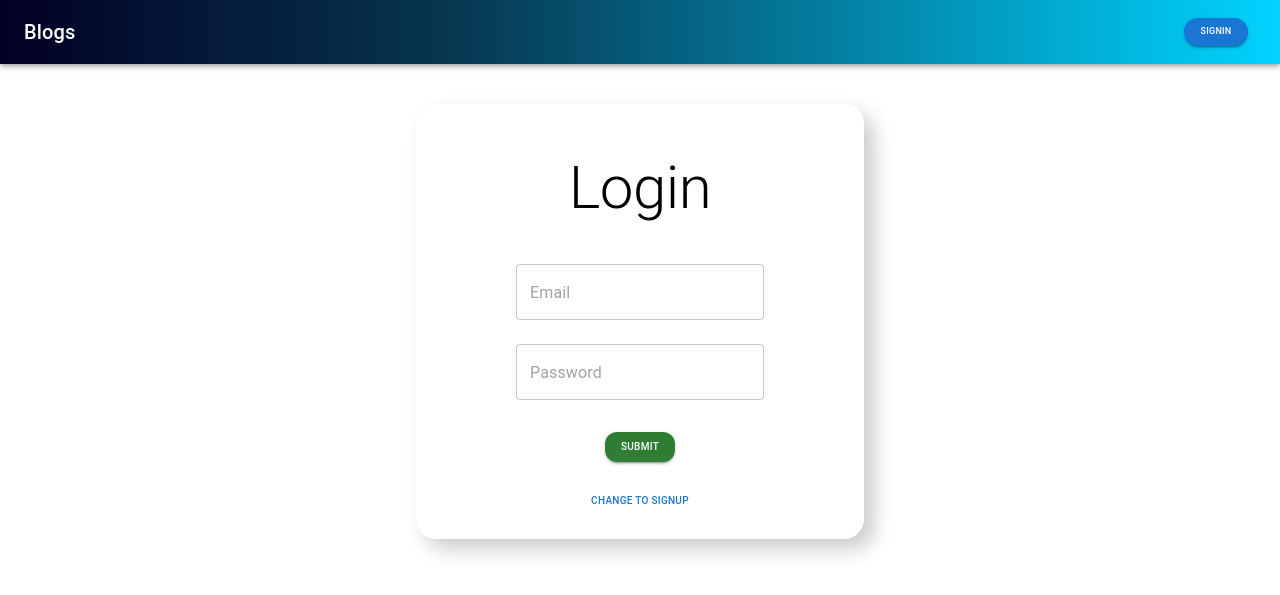
Repository: LolaSL/myBlogs
Page: /auth (app in frontend/)
The author's editor kept a copy of each file at every save. The page is drawn from the files as they stood at one save, then again after a run of saves.
The browser window is 1280 px wide. The pictures show the whole page.
The project was rebuilt for these pictures with package versions that can differ from the ones it lists, and the page was loaded fresh each time. Also part of the build but not shown: frontend/src/components/Guide.jsx, frontend/src/components/Ideas.jsx, frontend/src/components/Blog.jsx, frontend/src/components/Blogs.jsx, frontend/src/components/UserBlog.jsx, frontend/src/components/BlogDetails.jsx, frontend/src/components/AddBlog.jsx, frontend/src/pages/HotelTips.jsx and 8 more. Imported but missing from the stored project, and not drawn on this page: frontend/src/components/videos/video.webm.

Above is the page before, as saved 2023-09-17 14:39:36.

After the next 2 saves:
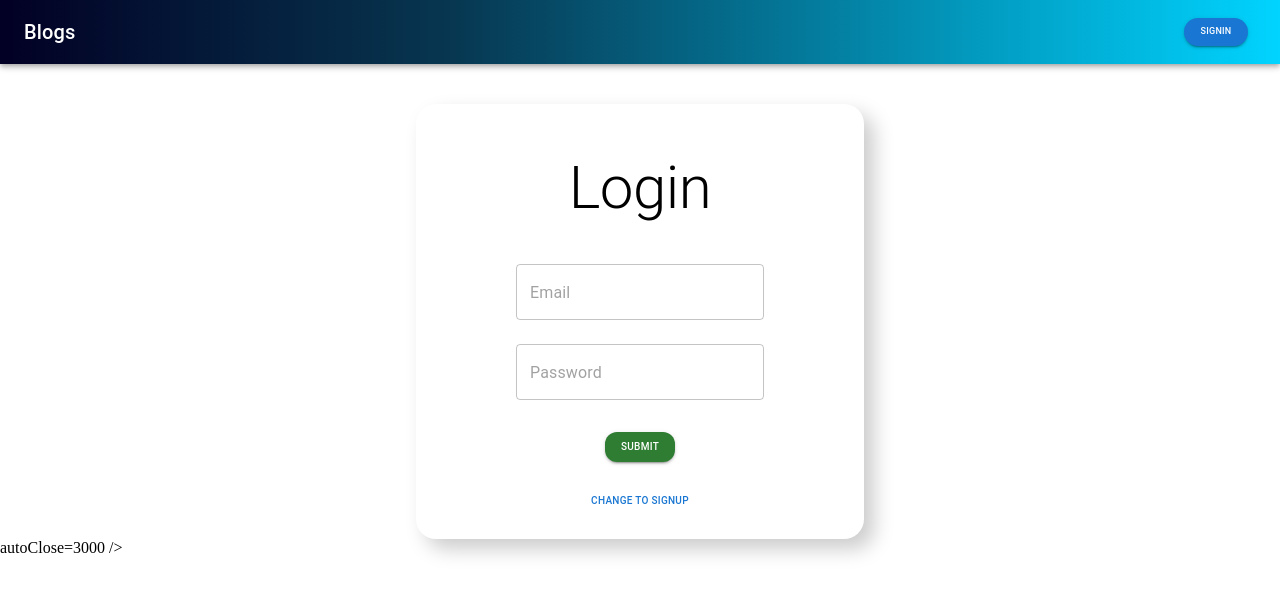
The 2 saves are shown as one change because they came seconds apart.
The last was saved 3 min 34 s later.
--- a/frontend/src/App.js
+++ b/frontend/src/App.js
@@ -57,7 +57,7 @@
           }
 
         </Routes>
-        <ToastContainer autoClose={3000} />
+        <ToastContainer position="bottom-center" limit={1} />autoClose={3000} />
       </main>
 
     </React.Fragment>

After the save that followed:
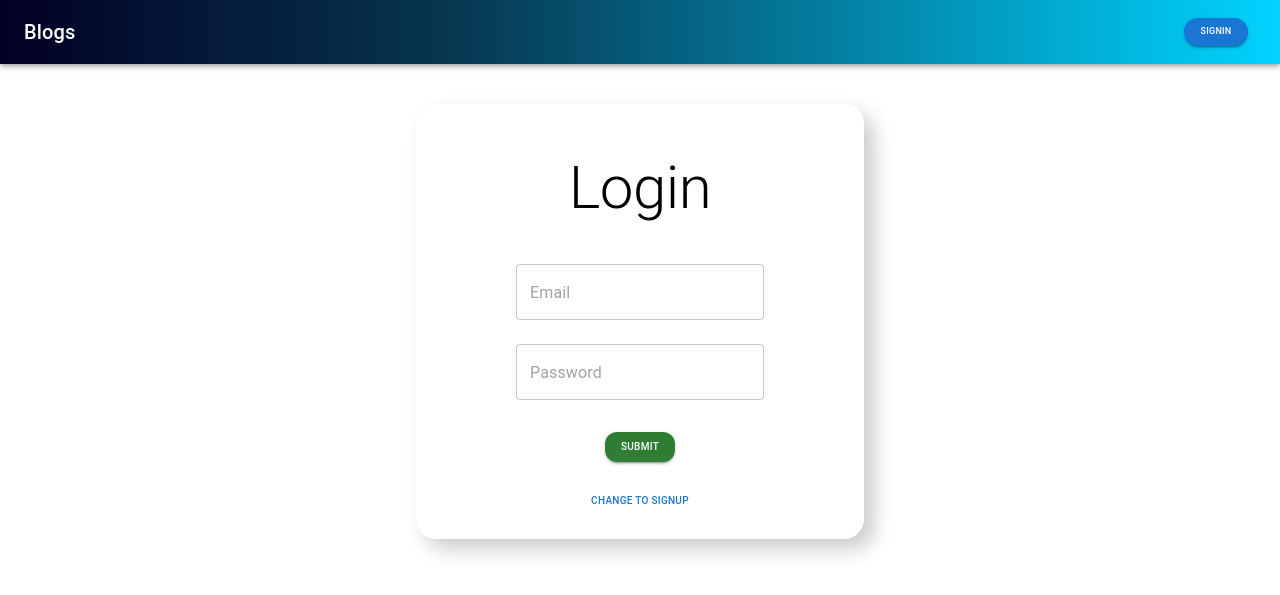
Saved 10 s later.
--- a/frontend/src/App.js
+++ b/frontend/src/App.js
@@ -57,7 +57,7 @@
           }
 
         </Routes>
-        <ToastContainer position="bottom-center" limit={1} />autoClose={3000} />
+        <ToastContainer position="bottom-center" limit={1} autoClose={3000} />
       </main>
 
     </React.Fragment>
